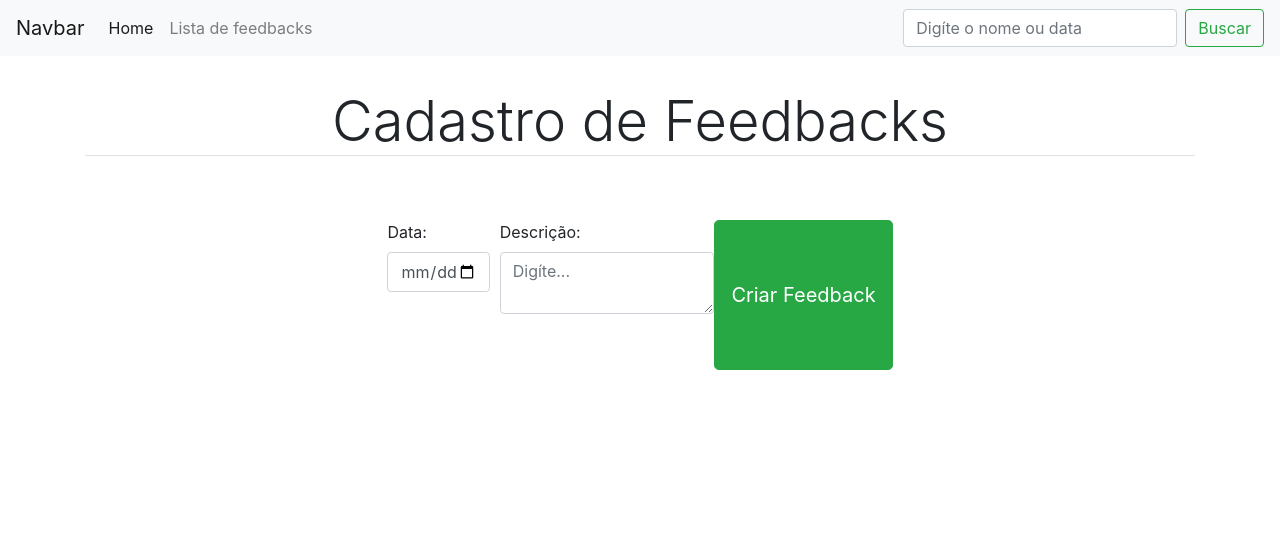
Repository: JulioSantooz/maisViagensSegundaVersao
Page: java-web(eclipse)/java-crud-mais-viagens/src/main/webapp/descricao.html
These files come from the project's save history. The page is drawn as it stood at one moment and after the next save; the edit follows.
The browser window is 1280 px wide. The pictures show the whole page.
Some web libraries are served in a nearby version.

Above is the page before, as saved 2022-02-06 15:16:49.

After the next save:
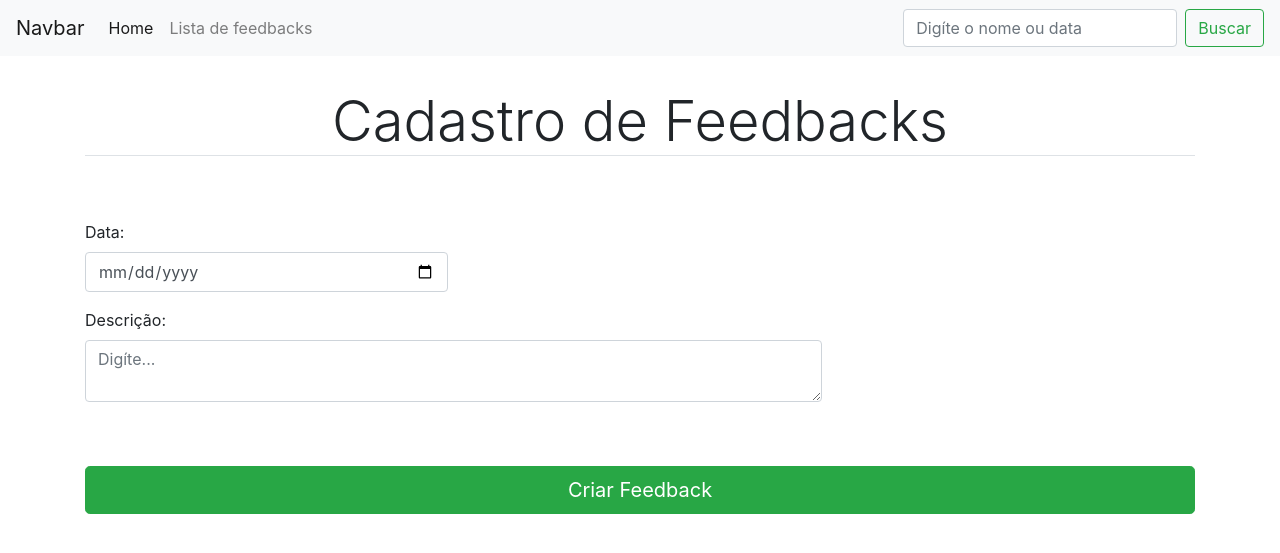
Saved 10 s later.
--- a/java-web(eclipse)/java-crud-mais-viagens/src/main/webapp/descricao.html
+++ b/java-web(eclipse)/java-crud-mais-viagens/src/main/webapp/descricao.html
@@ -33,7 +33,7 @@
 	<div class="row">
 		<div class="col-12">
 			<h1 class="display-4 my-3 border-bottom">Cadastro de Feedbacks</h1>
-			<form action="CreateAndFind" method="POST" class="d-flex justify-content-center">
+			<form action="CreateAndFind" method="POST" class="d-flex flex-column justify-content-center">
                 <div class="form-row mt-5 d-flex flex-column">
                     <div class="form-group col-4">
                         <label for="" class="float-left">Data:</label>
